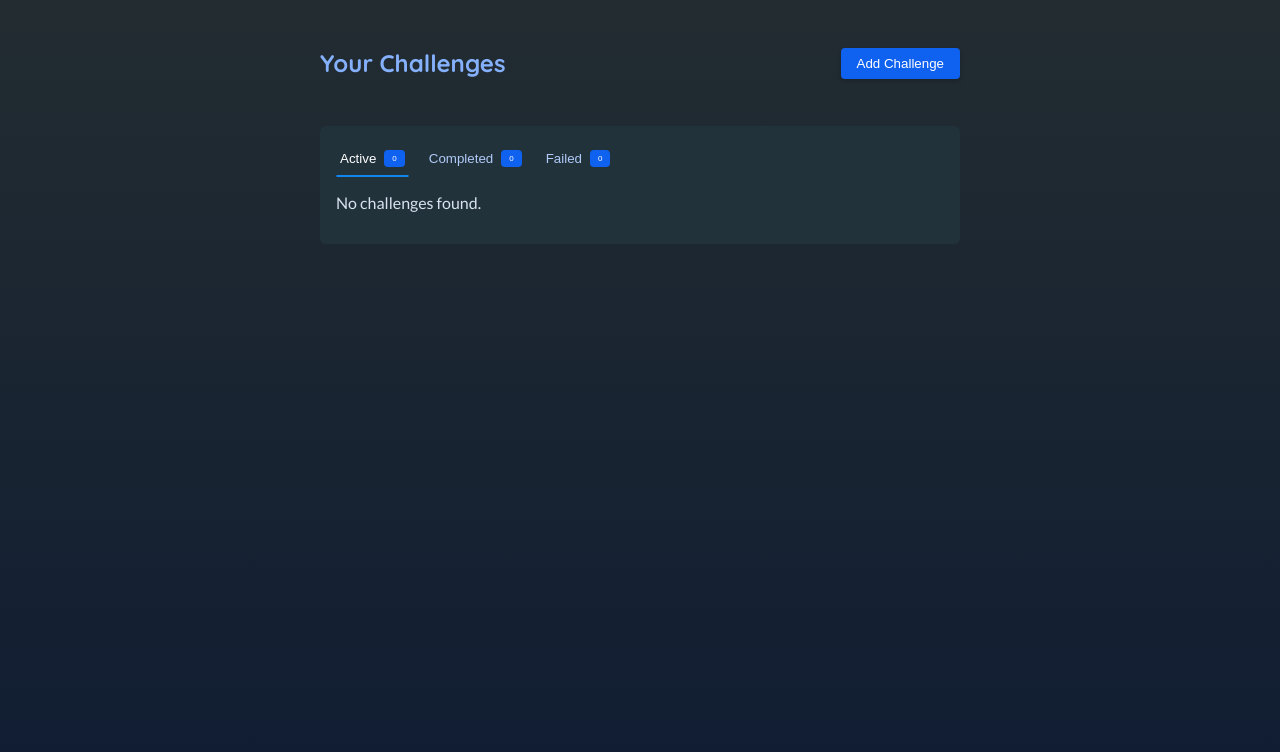
Repository: Snzslt/ReactAndAnimation
Page: /challenges
The author's editor kept a copy of each file at every save. The page is drawn from the files as they stood at one save, then again after the next save.
The browser window is 1280 px wide. The pictures show the whole page.
The project was rebuilt for these pictures with package versions that can differ from the ones it lists, and the page was loaded fresh each time. Also part of the build but not shown: vite.config.js, src/pages/Welcome.jsx, src/components/Modal.jsx, src/assets/images.js, src/components/NewChallenge.jsx, src/components/ChallengeItem.jsx.

Above is the page before, as saved 2024-05-13 12:28:24.

### src/components/Header.jsx
import { useState } from 'react';
import { AnimatePresence, motion } from 'framer-motion';

import NewChallenge from './NewChallenge.jsx';

export default function Header() {
  const [isCreatingNewChallenge, setIsCreatingNewChallenge] = useState();

  function handleStartAddNewChallenge() {
    setIsCreatingNewChallenge(true);
  }

  function handleDone() {
    setIsCreatingNewChallenge(false);
  }

  return (
    <>
       <AnimatePresence>
        {isCreatingNewChallenge && <NewChallenge onDone={handleDone} />}
      </AnimatePresence>

      <header id="main-header">
        <h1>Your Challenges</h1>
        <motion.button
          whileHover={{ scale: 1.1 }}
          transition={{ type: 'spring', stiffness: 500 }}
          onClick={handleStartAddNewChallenge}
          className="button"
        >
          Add Challenge
        </motion.button>
      </header>
    </>
  );
}

### src/components/Challenges.jsx
import { useContext, useState } from 'react';

import { ChallengesContext } from '../store/challenges-context.jsx';
import ChallengeItem from './ChallengeItem.jsx';
import ChallengeTabs from './ChallengeTabs.jsx';

export default function Challenges() {
  const { challenges } = useContext(ChallengesContext);
  const [selectedType, setSelectedType] = useState('active');
  const [expanded, setExpanded] = useState(null);

  function handleSelectType(newType) {
    setSelectedType(newType);
  }

  function handleViewDetails(id) {
    setExpanded((prevId) => {
      if (prevId === id) {
        return null;
      }

      return id;
    });
  }

  const filteredChallenges = {
    active: challenges.filter((challenge) => challenge.status === 'active'),
    completed: challenges.filter(
      (challenge) => challenge.status === 'completed'
    ),
    failed: challenges.filter((challenge) => challenge.status === 'failed'),
  };

  const displayedChallenges = filteredChallenges[selectedType];

  return (
    <div id="challenges">
      <ChallengeTabs
        challenges={filteredChallenges}
        onSelectType={handleSelectType}
        selectedType={selectedType}
      >
        {displayedChallenges.length > 0 && (
          <ol className="challenge-items">
            {displayedChallenges.map((challenge) => (
              <ChallengeItem
                key={challenge.id}
                challenge={challenge}
                onViewDetails={() => handleViewDetails(challenge.id)}
                isExpanded={expanded === challenge.id}
              />
            ))}
          </ol>
        )}
        {displayedChallenges.length === 0 && <p>No challenges found.</p>}
      </ChallengeTabs>
    </div>
  );
}

### src/store/challenges-context.jsx
import { createContext, useState } from 'react';

export const ChallengesContext = createContext({
  challenges: [],
  addChallenge: () => {},
  updateChallengeStatus: () => {},
});

export default function ChallengesContextProvider({ children }) {
  const [challenges, setChallenges] = useState([]);

  function addChallenge(challenge) {
    setChallenges((prevChallenges) => [
      { ...challenge, id: Math.random().toString(), status: 'active' },
      ...prevChallenges,
    ]);
  }

  function deleteChallenge(challengeId) {
    setChallenges((prevChallenges) =>
      prevChallenges.filter((challenge) => challenge.id !== challengeId)
    );
  }

  function updateChallengeStatus(challengeId, newStatus) {
    setChallenges((prevChallenges) =>
      prevChallenges.map((challenge) => {
        if (challenge.id === challengeId) {
          return { ...challenge, status: newStatus };
        }
        return challenge;
      })
    );
  }

  const challengesContext = {
    challenges,
    addChallenge,
    deleteChallenge,
    updateChallengeStatus,
  };

  return (
    <ChallengesContext.Provider value={challengesContext}>
      {children}
    </ChallengesContext.Provider>
  );
}

### src/components/ChallengeTabs.jsx
import Badge from './Badge.jsx';

function Tab({ isSelected, onSelect, badgeCaption, children }) {
  return (
    <li>
      <button
        className={isSelected ? 'selected' : undefined}
        onClick={onSelect}
      >
        {children}
        <Badge caption={badgeCaption}></Badge>
      </button>
      {isSelected && <div className="active-tab-indicator" />}
    </li>
  );
}

export default function ChallengeTabs({
  selectedType,
  onSelectType,
  challenges,
  children,
}) {
  return (
    <>
      <menu id="tabs">
        <Tab
          isSelected={selectedType === 'active'}
          onSelect={() => onSelectType('active')}
          badgeCaption={challenges.active.length}
        >
          Active
        </Tab>
        <Tab
          isSelected={selectedType === 'completed'}
          onSelect={() => onSelectType('completed')}
          badgeCaption={challenges.completed.length}
        >
          Completed
        </Tab>
        <Tab
          isSelected={selectedType === 'failed'}
          onSelect={() => onSelectType('failed')}
          badgeCaption={challenges.failed.length}
        >
          Failed
        </Tab>
      </menu>
      <div>{children}</div>
    </>
  );
}

Loaded but not shown: index.html (common file); src/main.jsx (common file); src/App.jsx (common file); src/index.css (common file); src/pages/Challenges.jsx (common file); src/components/Badge.jsx (common file)

After the next save:
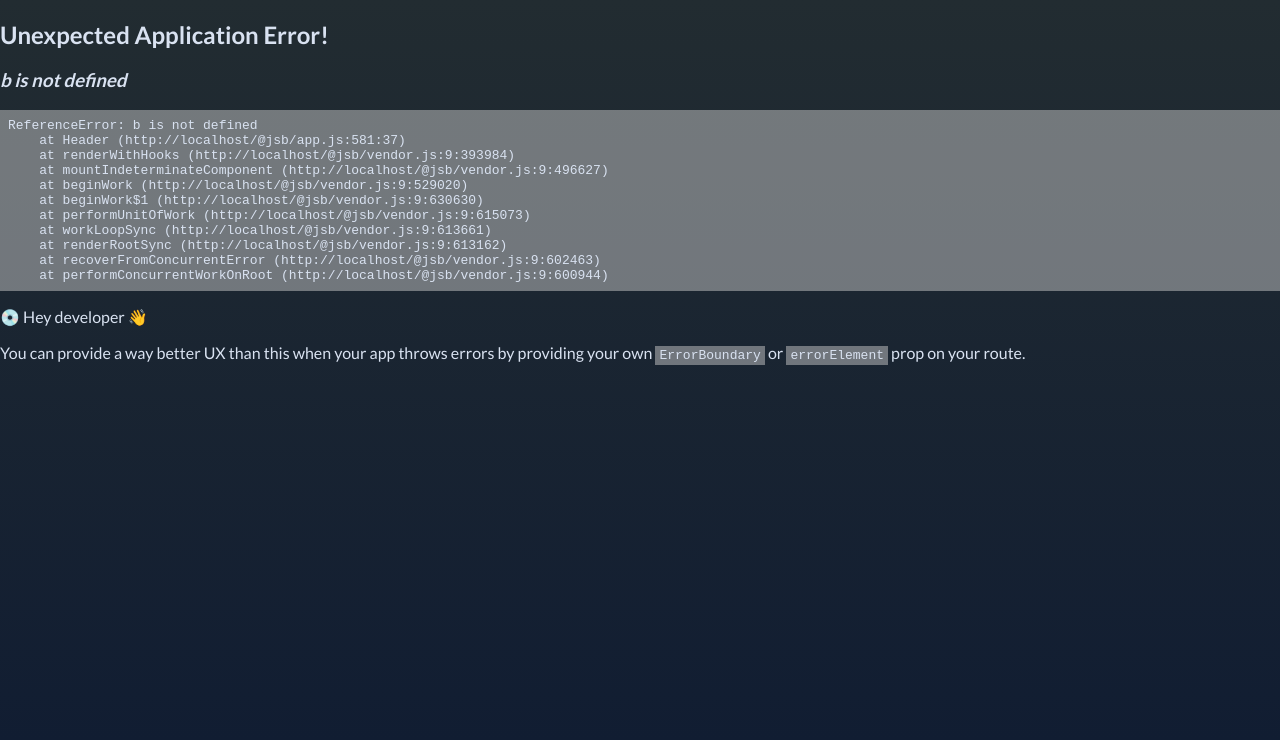
Console error: ReferenceError: b is not defined
Saved 18 h 57 min later.
--- a/src/components/Header.jsx
+++ b/src/components/Header.jsx
@@ -23,7 +23,7 @@
       <header id="main-header">
         <h1>Your Challenges</h1>
         <motion.button
-          whileHover={{ scale: 1.1 }}
+          whileHover={{ scale: 1.1, b }}
           transition={{ type: 'spring', stiffness: 500 }}
           onClick={handleStartAddNewChallenge}
           className="button"

After the 5 saves that followed:
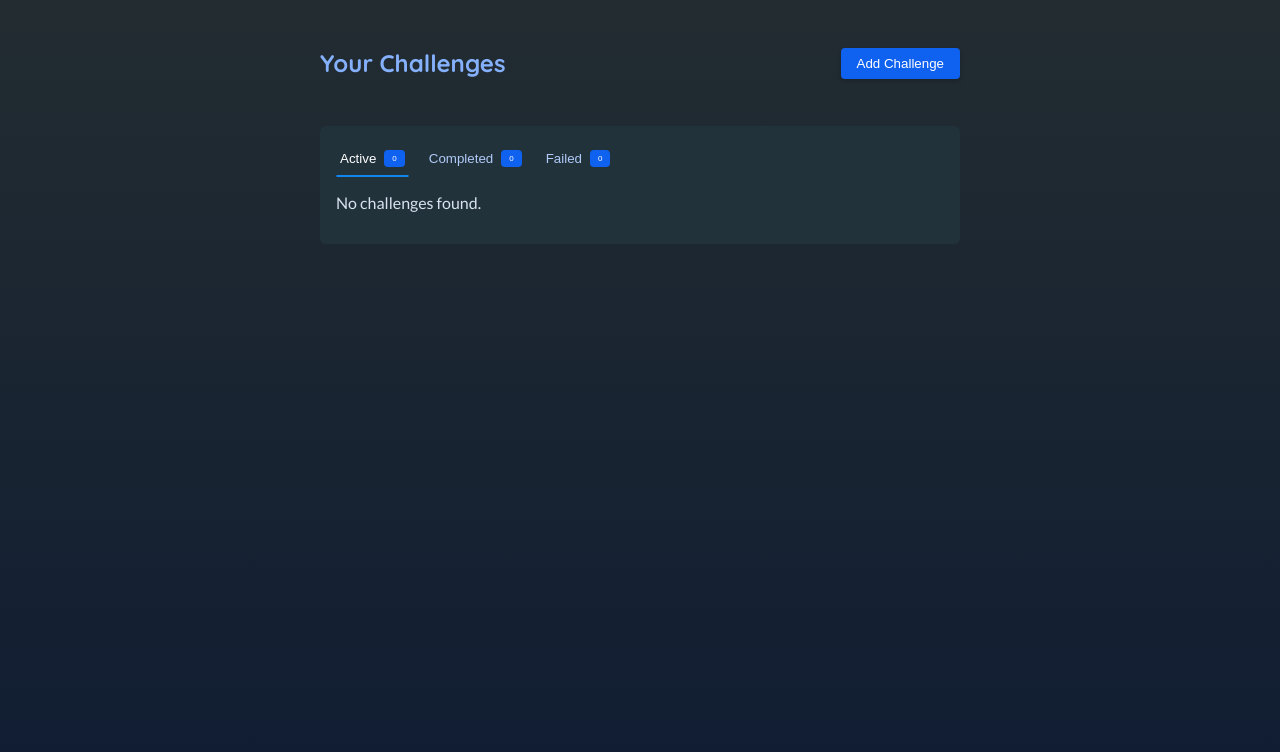
The error is gone.
The 5 saves are shown as one change because 1 did not build or start and some came seconds apart.
The last was saved 19 s later.
--- a/src/components/Header.jsx
+++ b/src/components/Header.jsx
@@ -23,7 +23,7 @@
       <header id="main-header">
         <h1>Your Challenges</h1>
         <motion.button
-          whileHover={{ scale: 1.1, b }}
+          whileHover={{ scale: 1.1, backgroundColor: '#8' }}
           transition={{ type: 'spring', stiffness: 500 }}
           onClick={handleStartAddNewChallenge}
           className="button"
